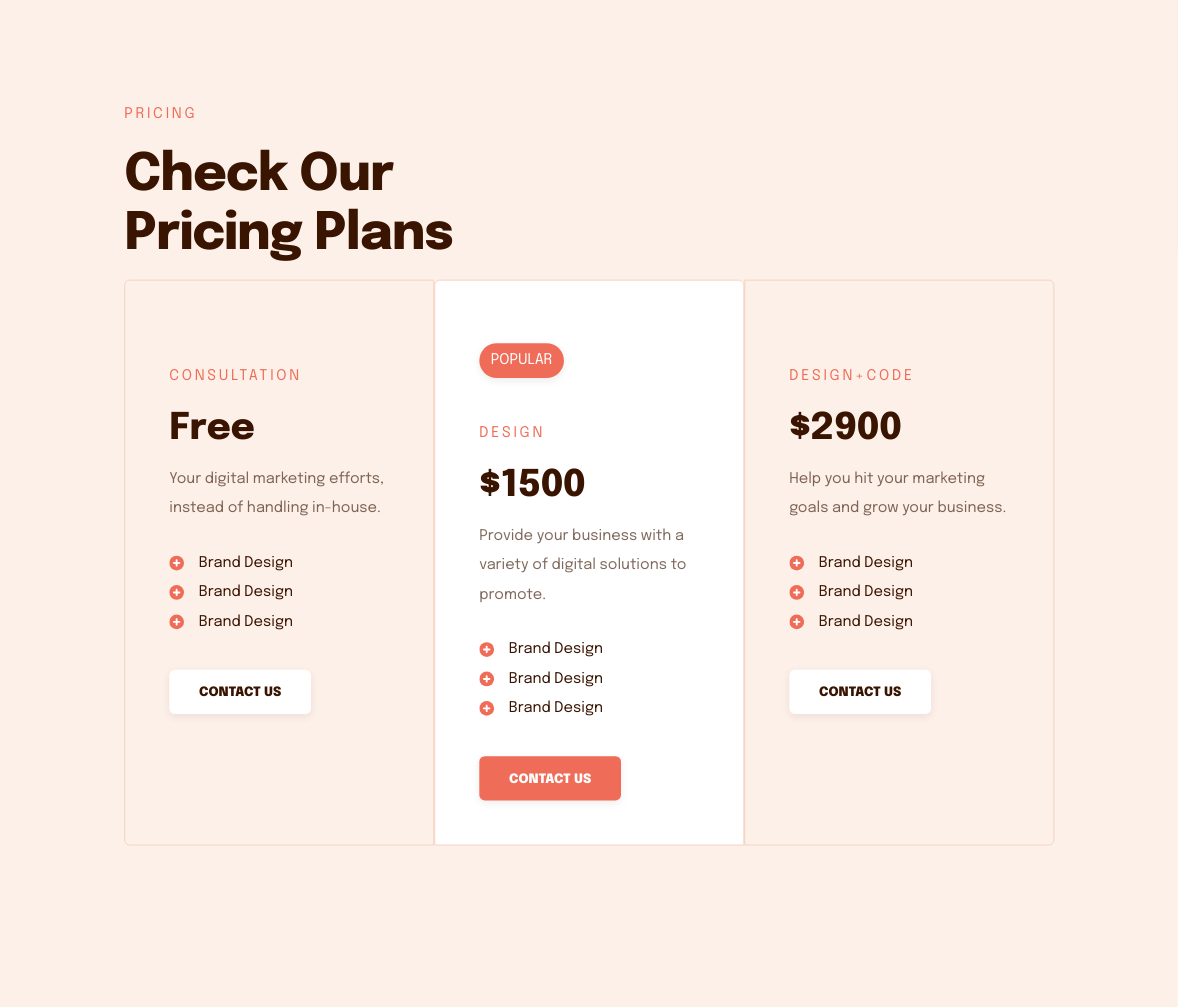
Repository: simralgasimov/pricing
Page: index.html
The author's editor kept a copy of each file at every save. The page is drawn from the files as they stood at one save, then again after the next save.
The browser window is 1280 px wide. The pictures show the whole page, at 92% of full size.

Above is the page before, as saved 2023-09-11 13:19:21.

After the next save:
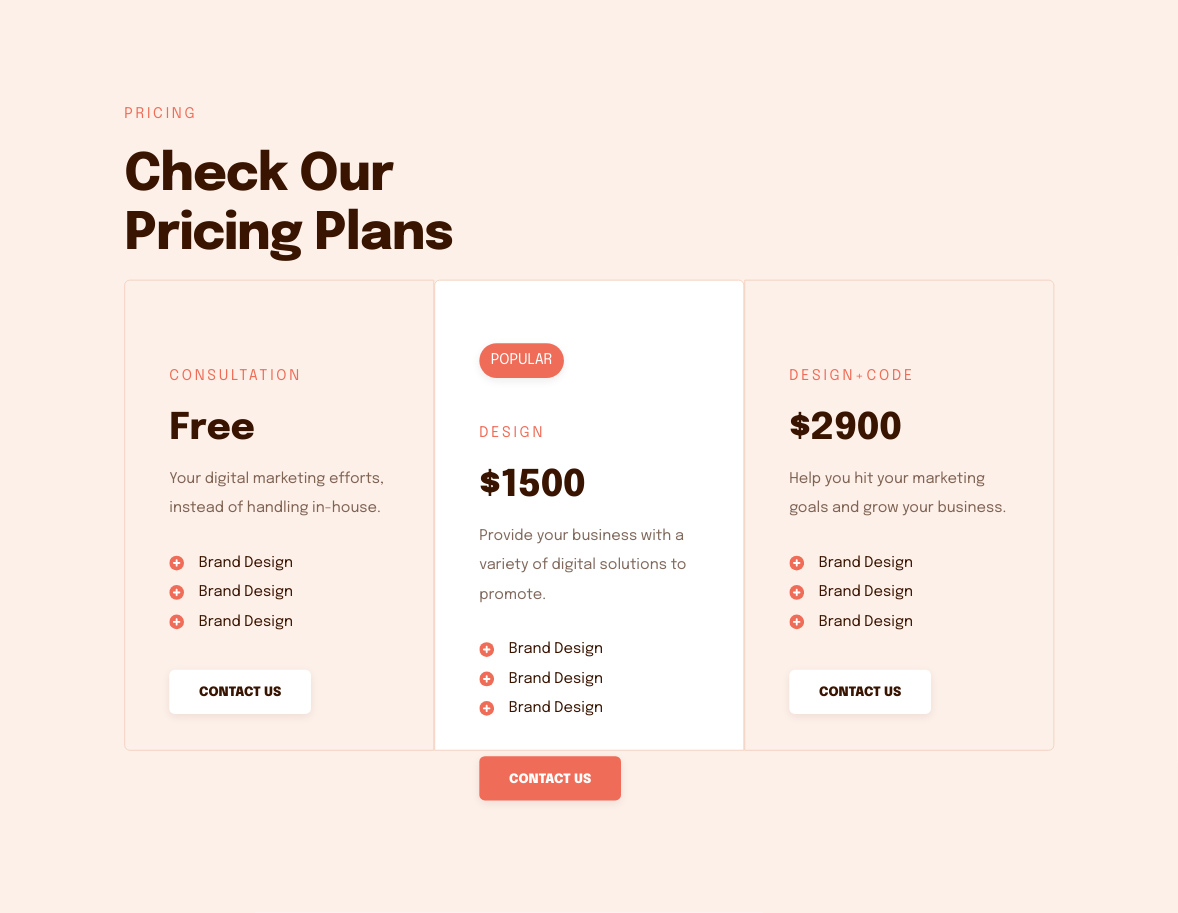
Saved 6 s later.
--- a/index.css
+++ b/index.css
@@ -43,7 +43,7 @@
   border: 1px solid #f3d1bf;
   width: 33.33%;
   padding: 44px 47px 48px 48px;
-
+  height: 512px;
 }
 
 .container .box-container .box h3 {
